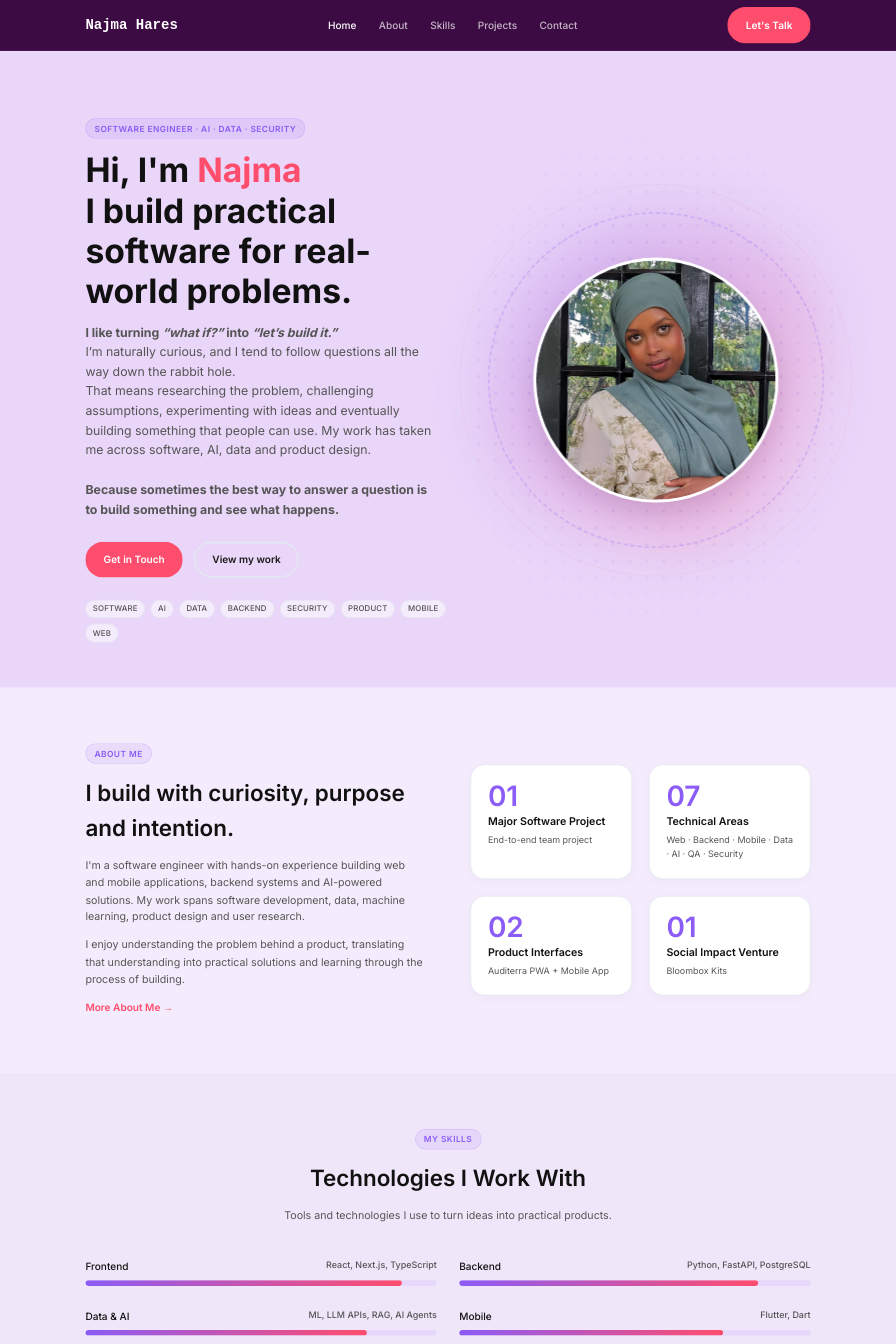
Repository: najmahares/portfolio
Page: index.html
These files come from the project's save history. The page is drawn as it stood at one moment and after the next save; the edit follows.
The browser window is 1280 px wide. The pictures show the part of the page from y = 0 to 1920 px (the page is 3469 px tall), at 70% of full size.

Above is the page before, as saved 2026-09-19 06:31:04.

After the next save:
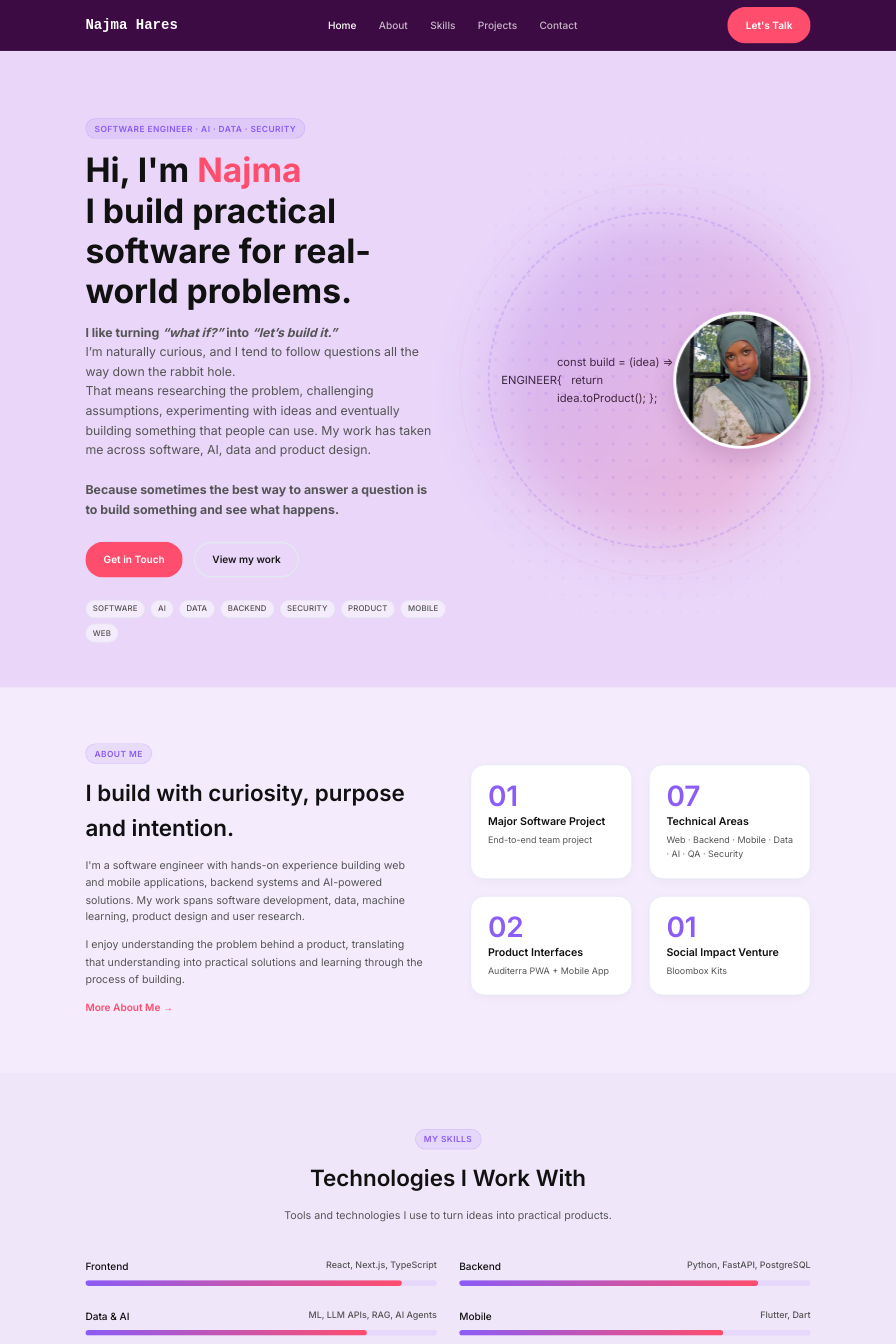
Saved 100 s later.
--- a/index.html
+++ b/index.html
@@ -76,15 +76,37 @@
           </div>
         </div>
 
-        <!-- Hero Image Wrapper with Abstract Decorations -->
+                <!-- Hero Image Wrapper with Abstract Decorations -->
         <div class="hero-image-wrapper reveal">
-          <!-- Soft background glow -->
+
+          <!-- 1. Giant Background Typography -->
+          <div class="bg-typography">ENGINEER</div>
+
+          <!-- 2. Soft background glow -->
           <div class="image-glow-blob"></div>
 
-          <!-- Decorative concentric rings -->
+          <!-- 3. Decorative concentric rings -->
           <div class="decor-ring ring-1"></div>
           <div class="decor-ring ring-2"></div>
+
+          <!-- 4. Dot pattern -->
           <div class="decor-dot-pattern"></div>
+
+          <!-- 5. Glassmorphism Tech Shapes -->
+          <div class="glass-shape shape-square"></div>
+          <div class="glass-shape shape-circle"></div>
+
+          <!-- 6. Subtle blurred code snippet -->
+          <div class="code-snippet">
+            <span class="code-line"><span class="code-keyword">const</span> build = (idea) => {</span>
+            <span class="code-line">&nbsp;&nbsp;<span class="code-keyword">return</span> idea.toProduct();</span>
+            <span class="code-line">};</span>
+          </div>
+
+          <!-- 7. Floating Particles -->
+          <div class="particle p-1"></div>
+          <div class="particle p-2"></div>
+          <div class="particle p-3"></div>
 
           <!-- The actual image -->
           <div class="avatar-graphic tilt-card">
@@ -95,7 +117,6 @@
             />
           </div>
         </div>
-      </div>
     </section>
 
     <!-- About & Stats -->
